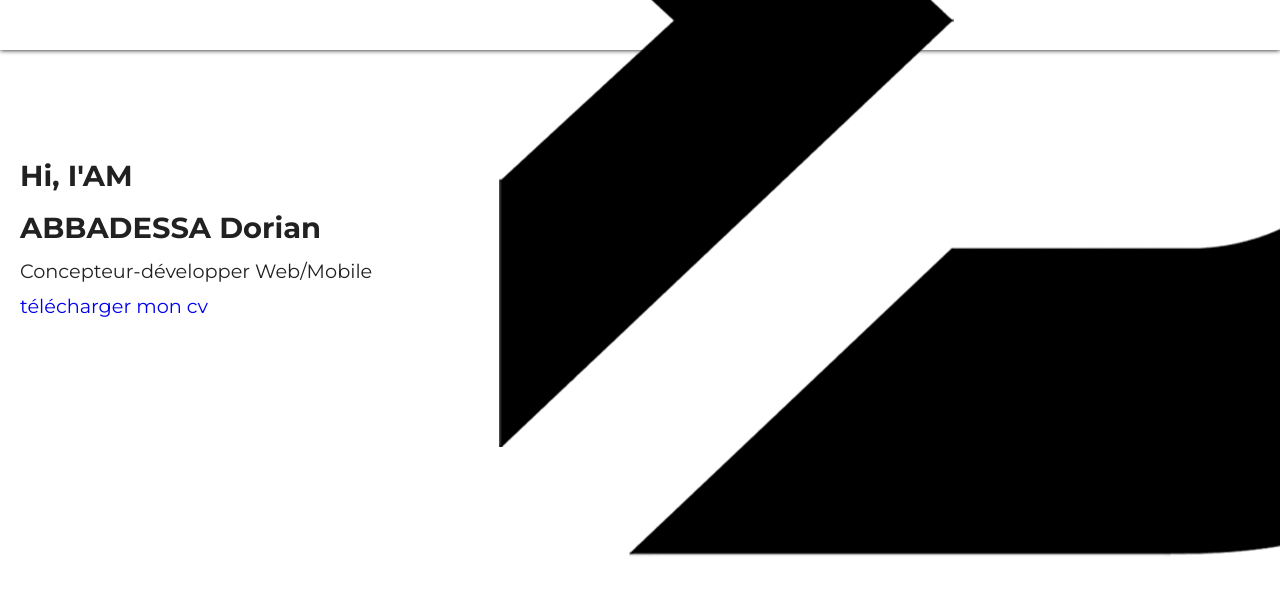
Repository: DorianABDS/Portfolio-ABBADESSA-Dorian
Page: index.html
The author's editor kept a copy of each file at every save. The page is drawn from the files as they stood at one save, then again after the next save.
The browser window is 1280 px wide. The pictures show the window.
A layer covers the whole window, so only the first screen is drawn.

Above is the page before, as saved 2024-11-26 23:42:17.

### index.html
<!DOCTYPE html>
<html lang="fr">
<head>
    <meta charset="UTF-8">
    <meta name="viewport" content="width=device-width, initial-scale=1.0">
    <meta charset="UTF-8">
    <meta name="viewport" content="width=device-width, initial-scale=1.0">
    <meta name="keywords" content="Portfolio, ABBADESSA Dorian, Web developper">
    <title>ABBADESSA Dorian - Portfolio</title>
    <link rel="shortcute icon" href="/src/img/Logo Div.png">
    <link rel="stylesheet" href="style.css">
</head>
<body>
    <header class="header">
        <nav class="navbar">
            <a href="index.html" class="logo"><img src="/src/img/Logo plat Div noir.png" alt=""></a>
            <div class="nav-links">
                <ul>
                    <li><a href="index.html">Accueil</a></li>
                    <li><a href="articles.html">Articles</a></li>
                    <li><a href="apropos.html">À propos</a></li>
                    <li><a href="contact.html">Contact</a></li>
                </ul>
            </div>
            <img src="/src/img/bars-solid.svg" alt="menu hamburger" class="menu-hamburger">
        </nav>
        <!-- <div class="social">
            <a href="#" title="Facebook"><img src="/src/img/icone Github.png" alt=""></a>
            <a href="#" title="Twitter"><img src="src/img/icone Linkedin.png" alt=""></a>
        </div> -->
    </header>
    <main>
        <section class="accueil">
            <div class="contrainer-accueil">
                <h2>Hi, I'AM</h2>
                <h1><span>ABBADESSA Dorian</span></h1>
                <p>Concepteur-développer Web/Mobile</p>
                <a href="#">télécharger mon cv</a>
            </div>
        </section>
    </main>
</body>
<script>
    const menuHamburger = document.querySelector(".menu-hamburger")
    const navLinks = document.querySelector(".nav-links")
    const social = document.querySelector(".social")

    menuHamburger.addEventListener('click',()=>{
    navLinks.classList.toggle('mobile-menu')
    })
</script>
</html>

### style.css
@font-face {
    font-family: "Montserrat";
    src: url(/src/font/Montserrat-VariableFont_wght.ttf);
}

* {
    margin: 0;
    padding: 0;
    text-decoration: none;
    list-style: none;
    box-sizing: border-box;

}

html, body {
    font-size: 19.3px;
    color: rgba(0, 0, 0, .87);
    background-color: #fff;
    font-family: "Montserrat", sans-serif;
    line-height: 1.8;
    font-weight: 400;
}

.navbar {
    background: rgb(255, 255, 255);
    backdrop-filter: blur(10px);
    box-shadow: 0 0 5px rgb(0, 0, 0);;
    top: 0;
    left: 0;
    height: 50px;
    width: auto;
    position: fixed;
    padding-left: 30px;
    padding-right: 61px;
    width: 100%;
    display: flex;
    justify-content: space-between;
    align-items: center;
    z-index: 1;
}

.navbar a {
    color: #292929;
    font-weight: 700;
    display: inline;
}

.navbar .nav-links ul li a::after {
    content: "";
    display: block;
    height: 2px;
    background: rgb(255, 255, 255);
    transform: scale(0);
    transition: transform 0.2s ease-in-out;
}

.navbar .nav-links ul li a:hover::after {
    transform: scale(1);
}

.navbar .logo {
    transform: none;
    font-weight: 700;
}

.navbar .nav-links ul {
    display: flex;
    align-items: center;
}

.navbar .nav-links ul li {
    display: flex;
    margin: 0 25px;
}

.navbar .nav-links ul li img {
    display: flex;
    padding: -20px;
    margin-left: -23px;
}

.navbar .menu-hamburger {
    display: none;
    position: absolute;
    top: 8px;
    right: 30px;
    width: 30px;
}

.social a {
    border: solid;
}

.accueil {
    padding-top: 100px;
    margin-top: 50px;
    width: 100%;
    height: 100vh;
}

.contrainer-accueil {
    padding-left: 20px;
}

.button-cv {
    font-family: "Montserrat", sans-serif;
    color: #26272C;
    text-transform: uppercase;
    text-decoration: none;
    font-weight: 700;
    font-size: 19.3px;
    padding: 20px;
    border-radius: 50px;
    border: 0;
    margin-top: 28px;
    margin-left: 172px;
    background-color: #E0984A;
}

@media  screen and (max-width: 814px) {
    .navbar .menu-hamburger {
        display: block;
    }

    .nav-links.mobile-menu {
        margin-left: 0;
    }

    .navbar {
        padding: 0;
    }

    .navbar .logo {
        padding-left: 20px;
    }

    .navbar .logo img {
        display: flex;
        align-items: center;
        width: 50px;
    }

    .nav-links {
        position: absolute;
        background-color: rgba(255, 255, 255, 0.12);
        backdrop-filter: blur(8px);
        top: 0;
        left: 0;
        width: 100%;
        height: 100vh;
        display: flex;
        justify-content: center;
        align-items: center;
        margin-left: 100%;
        transition: all 0.5s ease;
    }

    .nav-links ul {
        display: flex;
        flex-direction: column;
        align-items: center;
    }

    .navbar .nav-links ul li {
        margin: 15px 0;
        font-size: 1.2em;
    }

    .accueil h2 {
        font-size: 22px;
        font-weight: 600;
        color: #292929;
    }

    .accueil h1 {
        display: inline-block;
        padding-right: 20px;
        line-height: 100%;
        font-size: 40px;
        letter-spacing: -2px;
        font-weight: 800;
        background: linear-gradient(90deg, rgba(255,50,50,1) 0%, rgba(255,136,0,1) 100%);
        -webkit-background-clip: text;
        -webkit-text-fill-color: transparent;
    }

    .accueil p {
        line-height: 150%;
        padding-right: 20px;
    }
}

### src/img/bars-solid.svg
<svg xmlns="http://www.w3.org/2000/svg" viewBox="0 0 448 512" fill="#353535"><!--!Font Awesome Free 6.7.0 by @fontawesome - https://fontawesome.com License - https://fontawesome.com/license/free Copyright 2024 Fonticons, Inc.--><path d="M0 96C0 78.3 14.3 64 32 64l384 0c17.7 0 32 14.3 32 32s-14.3 32-32 32L32 128C14.3 128 0 113.7 0 96zM0 256c0-17.7 14.3-32 32-32l384 0c17.7 0 32 14.3 32 32s-14.3 32-32 32L32 288c-17.7 0-32-14.3-32-32zM448 416c0 17.7-14.3 32-32 32L32 448c-17.7 0-32-14.3-32-32s14.3-32 32-32l384 0c17.7 0 32 14.3 32 32z"/></svg>

After the next save:
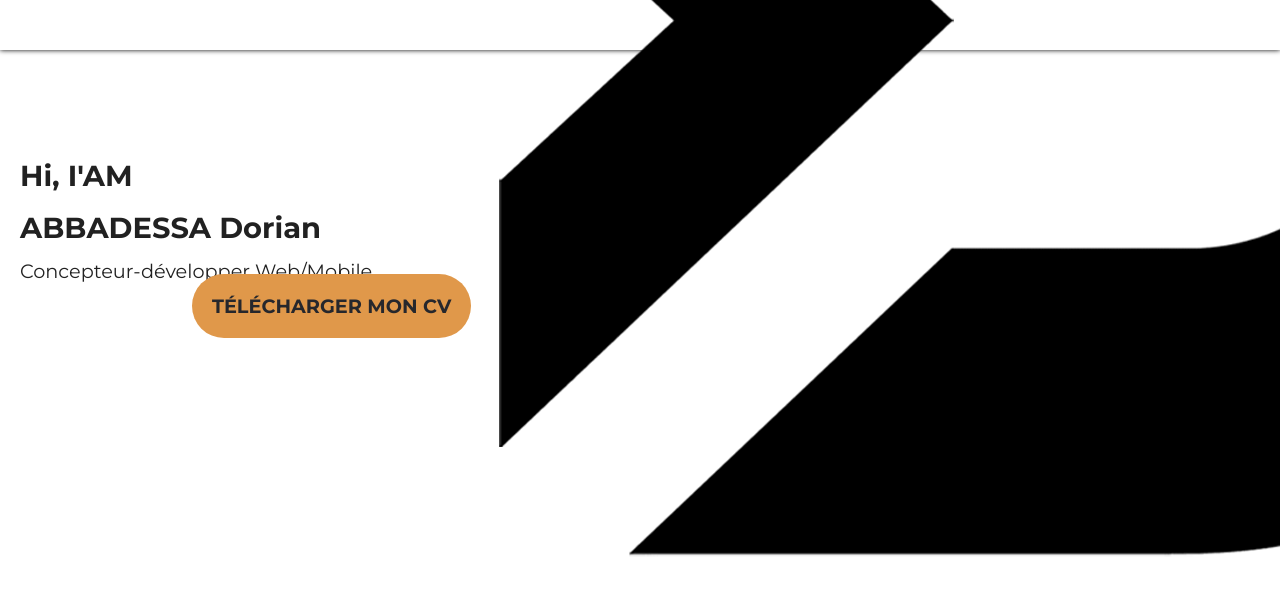
Saved 19 s later.
--- a/style.css
+++ b/style.css
@@ -102,7 +102,7 @@ html, body {
     padding-left: 20px;
 }
 
-.button-cv {
+.contrainer-accueil a {
     font-family: "Montserrat", sans-serif;
     color: #26272C;
     text-transform: uppercase;
